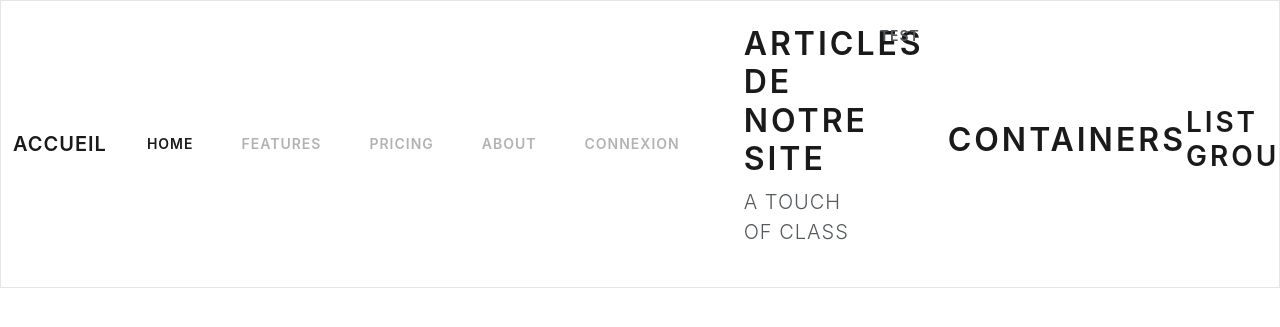
Repository: cahitYes/PDO
Page: http://localhost/?connect
These files come from the project's save history. The page is drawn as it stood at one moment and after the next save; the edit follows.
The browser window is 1280 px wide. The pictures show the whole page.
Some web fonts or font styles are not loaded; a fallback is used. The page is run by PHP 8.4 with error messages shown; the project is at /var/www/html/.

Above is the page before, as saved 2022-02-15 14:19:20.

### pdo_1/exemple2/public/index.php
<?php

/**
 * Chargement des dépendances
 */
require_once "../config.php";

/**
 * Connexion PDO
 */
try {
    $db = new PDO(DB_TYPE . ':host=' . DB_HOST . ';dbname=' . DB_NAME . ';port=' . DB_PORT . ';charset=' . DB_CHARSET, DB_LOGIN, DB_PWD);

    $db->setAttribute(PDO::ATTR_ERRMODE, PDO::ERRMODE_EXCEPTION);
} catch (Exception $e) {
    echo "Code erreur : " . $e->getCode();
    echo "<br>Message d'erreur : " . $e->getMessage();
}

// var_dump($db);

/**
 * Routeur
 */

/**
 * Nous ne sommes pas connectés
 */

 require_once "../controller/publicThearticleController.php";

### pdo_1/exemple2/config.php
<?php
// Constantes contenant nos paramètres de connexion pour PDO
define('DB_TYPE', 'mysql');
define('DB_HOST', 'localhost');
define('DB_NAME', 'pdo_1');
define('DB_PORT', 3307);
define('DB_CHARSET', 'UTF8');
define('DB_LOGIN', 'root');
define('DB_PWD', '');

define("LOGIN", "admin");
define("PWD", "1234");

### pdo_1/exemple2/controller/publicThearticleController.php
<?php


/**
 * Public Homepage
 */

require_once "../view/publicView/publicHomepageView.php";

### pdo_1/exemple2/view/publicView/publicHomepageView.php
<!DOCTYPE html>
<html lang="en">

<head>
  <meta charset="utf-8">
  <title>Bootswatch: Lux</title>
  <meta name="viewport" content="width=device-width, initial-scale=1">
  <link rel="stylesheet" href="css/bootstrap.min.css">

</head>

<body>
  <div class="navbar navbar-expand-lg fixed-top navbar-light bg-light">
    <div class="container">
      <a href="./" class="navbar-brand">Accueil</a>
      <ul class="navbar-nav me-auto">
        <li class="nav-item">
          <a class="nav-link active" href="#">Home
            <span class="visually-hidden">(current)</span>
          </a>
        </li>
        <li class="nav-item">
          <a class="nav-link" href="#">Features</a>
        </li>
        <li class="nav-item">
          <a class="nav-link" href="#">Pricing</a>
        </li>
        <li class="nav-item">
          <a class="nav-link" href="#">About</a>
        </li>
      </ul>
      <ul class="navbar-nav ms-md-auto">

        <li class="nav-item">
          <a target="_blank" rel="noopener" class="nav-link" href="?connect"> Connexion</a>
        </li>
      </ul>
    </div>

    <div class="container">
      <div class="page-header" id="banner">
        <div class="row">
          <div class="col-lg-8 col-md-7 col-sm-6">
            <h1>Articles de notre site</h1>
            <p class="lead">A touch of class</p>
          </div>
          <div class="col-lg-4 col-md-5 col-sm-6">
            <div class="sponsor">
              test
            </div>
          </div>
        </div>
      </div>
    </div>

    <div class="container">
      <div class="bs-docs-section">
        <div class="row">
          <div class="col-lg-12">
            <div class="page-header">
              <h1 id="containers">Containers</h1>
            </div>
          </div>
        </div>
      </div>
      <div class="row">
        <div class="col-lg-12">
          <h2>List groups</h2>
        </div>
      </div>
    </div>

    <footer id="footer">

    </footer>


    <script src="js/jquery.min.js"></script>
    <script src="js/bootstrap.bundle.min.js"></script>

</body>

</html>

Loaded but not shown: pdo_1/exemple2/public/css/bootstrap.min.css (library); pdo_1/exemple2/public/js/jquery.min.js (library); pdo_1/exemple2/public/js/bootstrap.bundle.min.js (library)

After the next save:
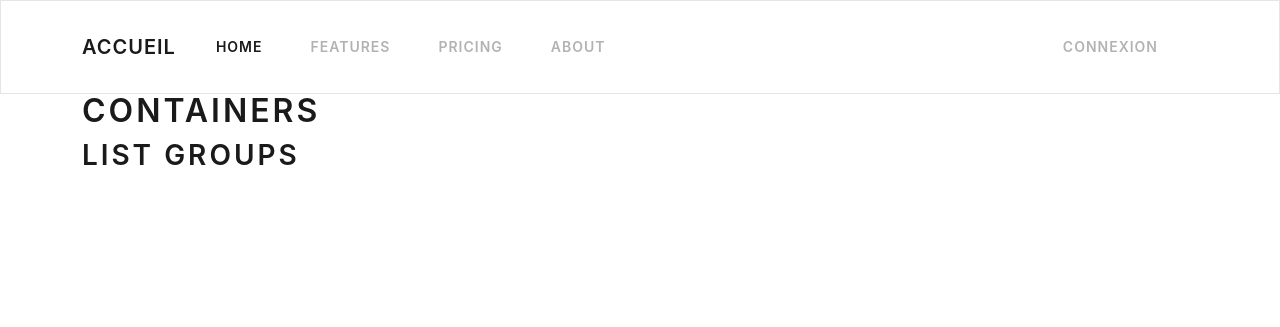
Saved 7 s later.
--- a/pdo_1/exemple2/view/publicView/publicHomepageView.php
+++ b/pdo_1/exemple2/view/publicView/publicHomepageView.php
@@ -36,47 +36,48 @@
         </li>
       </ul>
     </div>
+  </div>
 
-    <div class="container">
-      <div class="page-header" id="banner">
-        <div class="row">
-          <div class="col-lg-8 col-md-7 col-sm-6">
-            <h1>Articles de notre site</h1>
-            <p class="lead">A touch of class</p>
-          </div>
-          <div class="col-lg-4 col-md-5 col-sm-6">
-            <div class="sponsor">
-              test
-            </div>
+  <div class="container">
+    <div class="page-header" id="banner">
+      <div class="row">
+        <div class="col-lg-8 col-md-7 col-sm-6">
+          <h1>Articles de notre site</h1>
+          <p class="lead">A touch of class</p>
+        </div>
+        <div class="col-lg-4 col-md-5 col-sm-6">
+          <div class="sponsor">
+            test
           </div>
         </div>
       </div>
     </div>
+  </div>
 
-    <div class="container">
-      <div class="bs-docs-section">
-        <div class="row">
-          <div class="col-lg-12">
-            <div class="page-header">
-              <h1 id="containers">Containers</h1>
-            </div>
+  <div class="container">
+    <div class="bs-docs-section">
+      <div class="row">
+        <div class="col-lg-12">
+          <div class="page-header">
+            <h1 id="containers">Containers</h1>
           </div>
         </div>
       </div>
-      <div class="row">
-        <div class="col-lg-12">
-          <h2>List groups</h2>
-        </div>
+    </div>
+    <div class="row">
+      <div class="col-lg-12">
+        <h2>List groups</h2>
       </div>
     </div>
+  </div>
 
-    <footer id="footer">
+  <footer id="footer">
 
-    </footer>
+  </footer>
 
 
-    <script src="js/jquery.min.js"></script>
-    <script src="js/bootstrap.bundle.min.js"></script>
+  <script src="js/jquery.min.js"></script>
+  <script src="js/bootstrap.bundle.min.js"></script>
 
 </body>
 
